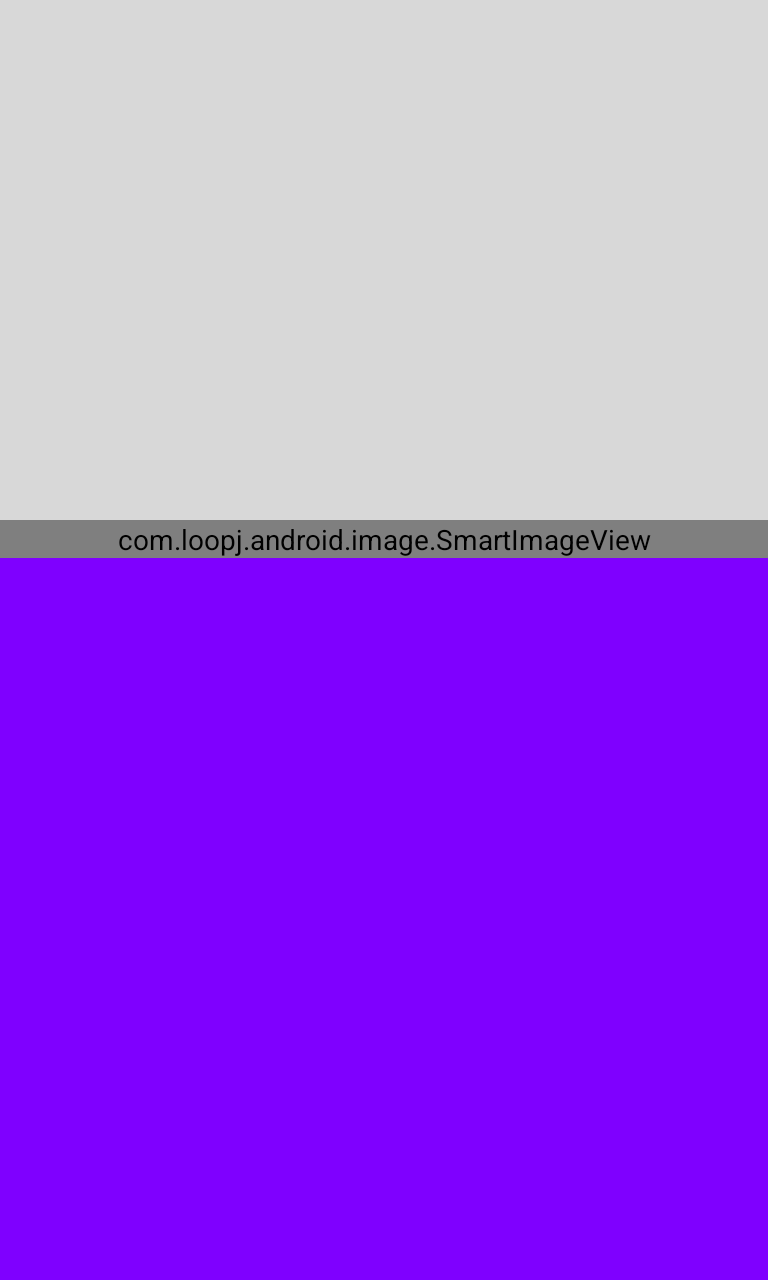
Repository: arianaantonio/Java2_Antonio
Layout: SpaceImageViewer/res/layout/activity_main.xml
These files come from the project's save history. The layout is drawn as it stood at one moment and after the next save; the edit follows.
Pictures or frames that could not be fetched are drawn as grey boxes. It is drawn on a 768 x 1280 px phone screen (xhdpi) without system bars, with theme AppTheme; the app's code is not run. Lists and similar views that code fills are empty.

Above is the layout before, as saved 2014-07-10 08:45:03.

After the next save:
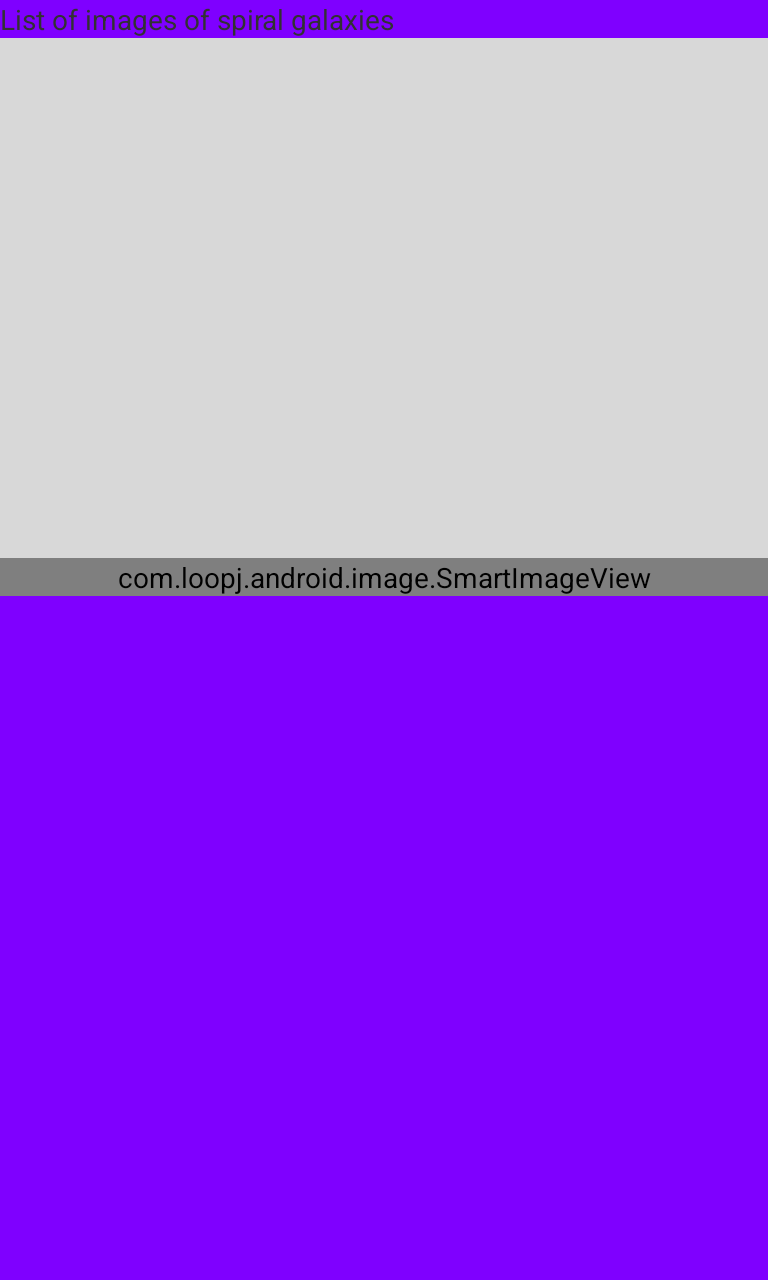
Saved 27 s later.
--- a/SpaceImageViewer/res/layout/activity_main.xml
+++ b/SpaceImageViewer/res/layout/activity_main.xml
@@ -3,6 +3,13 @@
     android:layout_height="fill_parent"
     android:orientation="vertical"
     android:background="@color/Purple" >
+
+    <TextView
+        android:id="@+id/textView1"
+        android:layout_width="match_parent"
+        android:layout_height="wrap_content"
+        android:text="@string/textview_text" />
+
     <ListView
         android:id="@+id/listView1"
         android:layout_width="match_parent"
